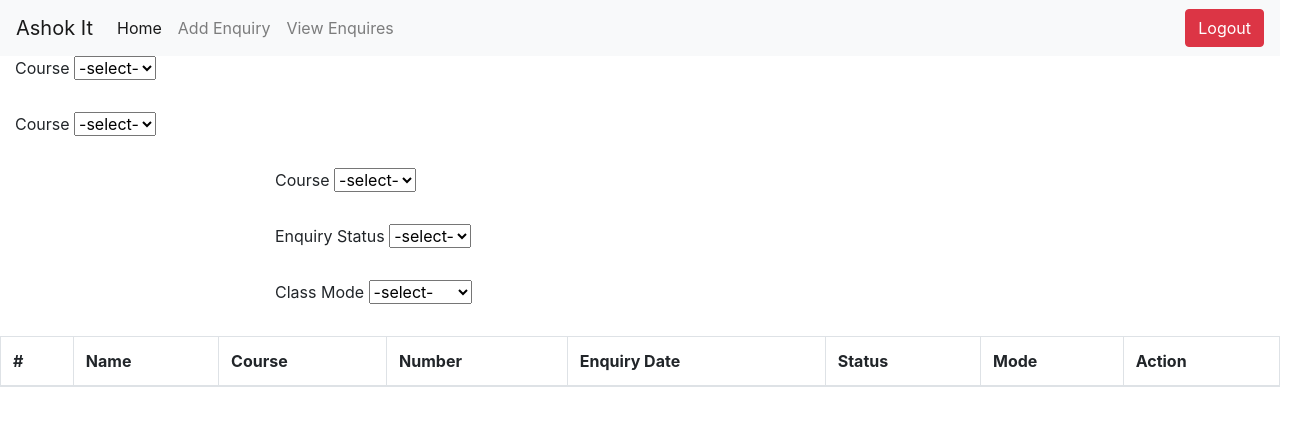
Repository: davidroshan/JRTP
Page: http://localhost/view-enquires
The author's editor kept a copy of each file at every save. The page is drawn from the files as they stood at one save, then again after the next save.
The browser window is 1280 px wide. The page is 1280 px wide, then 1295 px, so the pictures cover 1295 px, including what lies to the right of the window. The pictures show the whole page.
The page is this project's Thymeleaf template; nobody is signed in. The template is opened directly, without the code that normally fills it, so the values that code supplies are empty.

Above is the page before, as saved 2023-04-27 18:36:05.

After the next save:
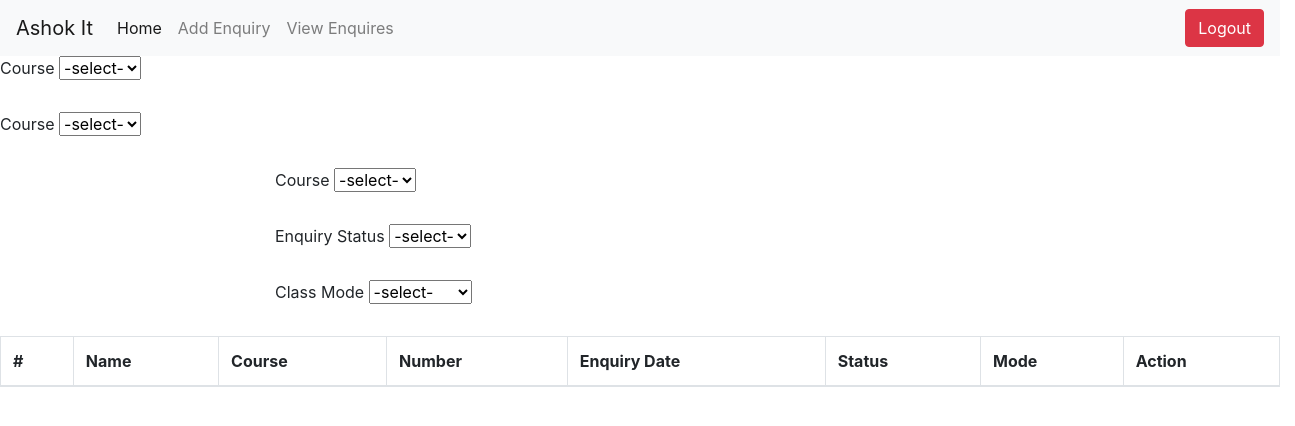
Saved 97 s later.
--- a/Front_Office_Team_Portal/src/main/resources/templates/view-enquires.html
+++ b/Front_Office_Team_Portal/src/main/resources/templates/view-enquires.html
@@ -39,7 +39,7 @@
 
 
           <!-- Nav bar end -->
-
+          <div class="row">
 
           <div class="col-lg-4 col-sm-4 col-xs-4">
       <div class="dropdown">
@@ -72,7 +72,7 @@
        </div>
   </div>
 
-
+  </div>
 
 
           <!-- drop down -->
